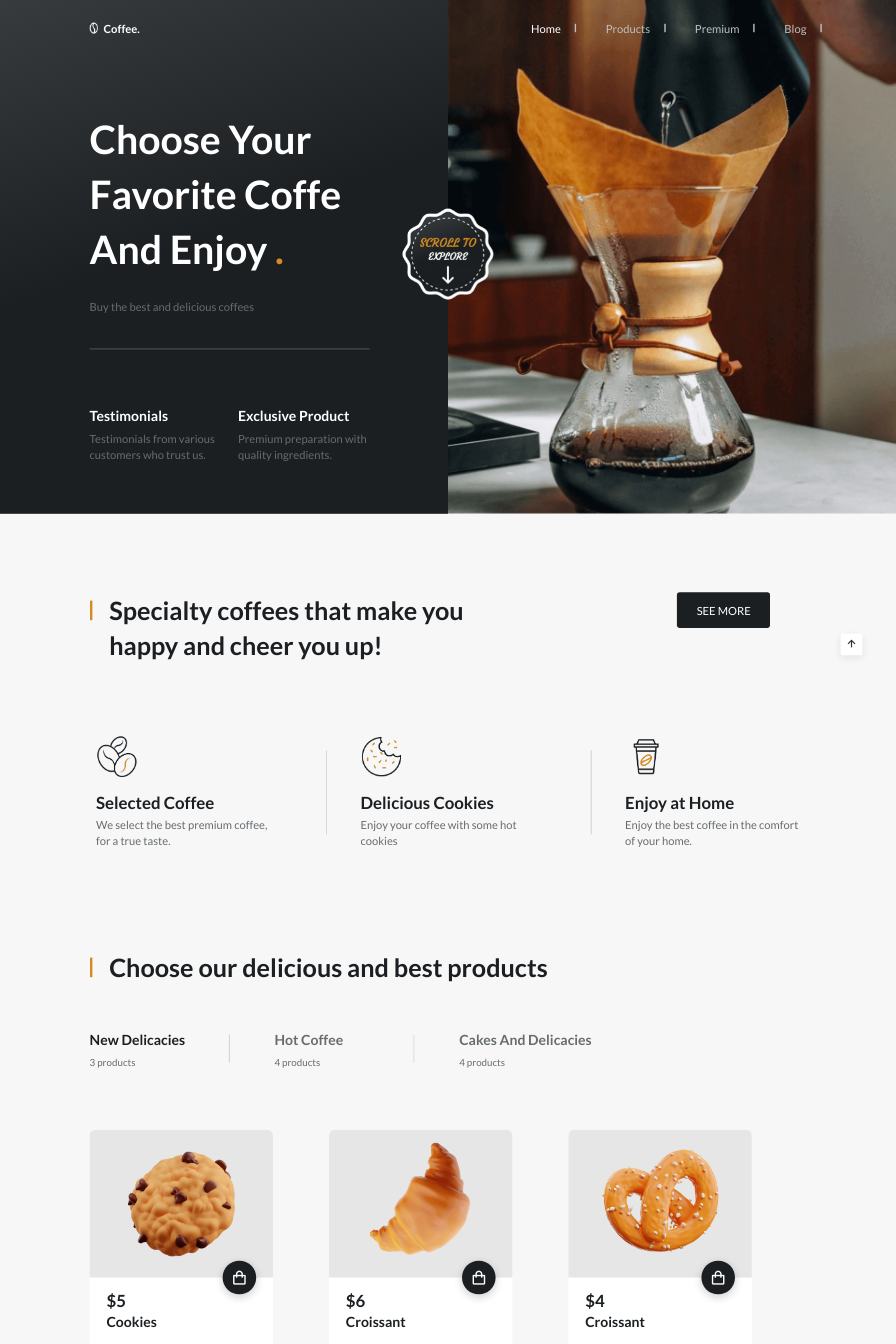
Repository: phong121020/coffee-responsive
Page: index.html
The author's editor kept a copy of each file at every save. The page is drawn from the files as they stood at one save, then again after the next save.
The browser window is 1280 px wide. The pictures show the part of the page from y = 0 to 1920 px (the page is 4295 px tall before and 5019 px after), at 70% of full size.

Above is the page before, as saved 2022-03-08 21:39:16.

### index.html
<!DOCTYPE html>
<html lang="en">
  <head>
    <meta charset="UTF-8" />
    <meta http-equiv="X-UA-Compatible" content="IE=edge" />
    <meta name="viewport" content="width=device-width, initial-scale=1.0" />
    <!-- link -->
    <link rel="stylesheet" href="./assets/css/style.css" />
    <!-- favicon -->
    <link
      rel="shortcut icon"
      href="./assets/img/favicon.png"
      type="image/x-icon"
    />
    <title>Document</title>
    <!-- boxicon -->
    <link
      href="https://unpkg.com/boxicons@2.1.1/css/boxicons.min.css"
      rel="stylesheet"
    />
  </head>
  <body>
    <!-- HEADER -->
    <header class="header" id="header">
      <nav class="nav container">
        <a href="#" class="nav__logo">
          <img src="./assets/img/logo.png" alt="" class="nav__logo-img" />
          Coffee.
        </a>
        <div class="nav__menu" id="nav-menu">
          <ul class="nav__list">
            <li class="nav__item">
              <a href="#home" class="nav__link active-link">Home</a>
            </li>
            <li class="nav__item">
              <a href="#products" class="nav__link">Products</a>
            </li>
            <li class="nav__item">
              <a href="#premium" class="nav__link">Premium</a>
            </li>
            <li class="nav__item">
              <a href="#blog" class="nav__link">Blog</a>
            </li>
          </ul>
          <div class="nav__close" id="nav-close">
            <i class="bx bx-x"></i>
          </div>
        </div>
        <!-- Toggle button -->
        <div class="nav__toggle" id="nav-toggle">
          <i class="bx bx-grid-alt"></i>
        </div>
      </nav>
    </header>
    <!-- MAIN -->
    <main>
      <!-- HOME -->
      <section class="home grid" id="home">
        <div class="home__container">
          <div class="home__content container">
            <h1 class="home__title">
              Choose Your Favorite Coffe And Enjoy <span>.</span>
            </h1>
            <p class="home__desc">Buy the best and delicious coffees</p>
            <div class="home__data">
              <div class="home__data-group">
                <h2 class="home__data-number">120K</h2>
                <h3 class="home__data-title">Testimonials</h3>
                <p class="home__data-desc">
                  Testimonials from various customers who trust us.
                </p>
              </div>
              <div class="home__data-group">
                <h2 class="home__data-number">340+</h2>
                <h3 class="home__data-title">Exclusive Product</h3>
                <p class="home__data-desc">
                  Premium preparation with quality ingredients.
                </p>
              </div>
            </div>
            <a href="#specialty">
              <img src="./assets/img/scroll.png" alt="" class="home__scroll" />
            </a>
          </div>
        </div>
        <img src="./assets/img/home.png" alt="" class="home__img" />
      </section>
      <!-- ESPECIALTY-->
      <div class="specialty section container">
        <div class="specialty__container">
          <div class="specialty__box">
            <h2 class="section__title">
              Specialty coffees that make you happy and cheer you up!
            </h2>
            <div>
              <a href="#" class="button specialty__button">See more</a>
            </div>
          </div>
          <div class="specialty__catergory">
            <div class="specialty__group special__line">
              <img
                src="./assets/img/specialty1.png"
                alt=""
                class="specialty__img"
              />
              <h3 class="specialty__title">Selected Coffee</h3>
              <p class="specialty__desc">
                We select the best premium coffee, for a true taste.
              </p>
            </div>
            <div class="specialty__group special__line">
              <img
                src="./assets/img/specialty2.png"
                alt=""
                class="specialty__img"
              />
              <h3 class="specialty__title">Delicious Cookies</h3>
              <p class="specialty__desc">
                Enjoy your coffee with some hot cookies
              </p>
            </div>
            <div class="specialty__group">
              <img
                src="./assets/img/specialty3.png"
                alt=""
                class="specialty__img"
              />
              <h3 class="specialty__title">Enjoy at Home</h3>
              <p class="specialty__desc">
                Enjoy the best coffee in the comfort of your home.
              </p>
            </div>
          </div>
        </div>
      </div>
      <!-- PRODUCTS -->
      <section class="products section" id="products">
        <div class="products__container container">
          <h2 class="section__title">Choose our delicious and best products</h2>
          <ul class="products__filters">
            <li
              class="products__item products__line active-product"
              data-filter=".delicacies"
            >
              <h3 class="products__title">New Delicacies</h3>
              <span class="products__stock">3 products</span>
            </li>
            <li class="products__item products__line" data-filter=".coffee">
              <h3 class="products__title">Hot Coffee</h3>
              <span class="products__stock">4 products</span>
            </li>
            <li class="products__item" data-filter=".cake">
              <h3 class="products__title">Cakes And Delicacies</h3>
              <span class="products__stock">4 products</span>
            </li>
          </ul>
          <div class="products__content grid">
            <!-- Delicacies -->
            <article class="product__card delicacies">
              <div class="product__shape">
                <img
                  src="./assets/img/delicacies1.png"
                  alt=""
                  class="products__img"
                />
              </div>
              <div class="products__data">
                <h2 class="products__price">$5</h2>
                <h3 class="products__name">Cookies</h3>
                <button class="button products__button">
                  <i class="bx bx-shopping-bag"></i>
                </button>
              </div>
            </article>

            <article class="product__card delicacies">
              <div class="product__shape">
                <img
                  src="./assets/img/delicacies2.png"
                  alt=""
                  class="products__img"
                />
              </div>
              <div class="products__data">
                <h2 class="products__price">$6</h2>
                <h3 class="products__name">Croissant</h3>
                <button class="button products__button">
                  <i class="bx bx-shopping-bag"></i>
                </button>
              </div>
            </article>

            <article class="product__card delicacies">
              <div class="product__shape">
                <img
                  src="./assets/img/delicacies3.png"
                  alt=""
                  class="products__img"
                />
              </div>
              <div class="products__data">
                <h2 class="products__price">$4</h2>
                <h3 class="products__name">Croissant</h3>
                <button class="button products__button">
                  <i class="bx bx-shopping-bag"></i>
                </button>
              </div>
            </article>
            <!-- Coffee -->
            <article class="product__card coffee">
              <div class="product__shape">
                <img
                  src="./assets/img/coffee1.png"
                  alt=""
                  class="products__img"
                />
              </div>
              <div class="products__data">
                <h2 class="products__price">$7</h2>
                <h3 class="products__name">Black Coffee</h3>
                <button class="button products__button">
                  <i class="bx bx-shopping-bag"></i>
                </button>
              </div>
            </article>

            <article class="product__card coffee">
              <div class="product__shape">
                <img
                  src="./assets/img/coffee2.png"
                  alt=""
                  class="products__img"
                />
              </div>
              <div class="products__data">
                <h2 class="products__price">$12</h2>
                <h3 class="products__name">Pure Coffee</h3>
                <button class="button products__button">
                  <i class="bx bx-shopping-bag"></i>
                </button>
              </div>
            </article>

            <article class="product__card coffee">
              <div class="product__shape">
                <img
                  src="./assets/img/coffee3.png"
                  alt=""
                  class="products__img"
                />
              </div>
              <div class="products__data">
                <h2 class="products__price">$9</h2>
                <h3 class="products__name">Milk Coffee</h3>
                <button class="button products__button">
                  <i class="bx bx-shopping-bag"></i>
                </button>
              </div>
            </article>

            <article class="product__card coffee">
              <div class="product__shape">
                <img
                  src="./assets/img/coffee4.png"
                  alt=""
                  class="products__img"
                />
              </div>
              <div class="products__data">
                <h2 class="products__price">$9</h2>
                <h3 class="products__name">Moka Coffee</h3>
                <button class="button products__button">
                  <i class="bx bx-shopping-bag"></i>
                </button>
              </div>
            </article>
            <!-- Cake -->
            <article class="product__card cake">
              <div class="product__shape">
                <img
                  src="./assets/img/cake1.png"
                  alt=""
                  class="products__img"
                />
              </div>
              <div class="products__data">
                <h2 class="products__price">$6</h2>
                <h3 class="products__name">Cream Cake</h3>
                <button class="button products__button">
                  <i class="bx bx-shopping-bag"></i>
                </button>
              </div>
            </article>

            <article class="product__card cake">
              <div class="product__shape">
                <img
                  src="./assets/img/cake2.png"
                  alt=""
                  class="products__img"
                />
              </div>
              <div class="products__data">
                <h2 class="products__price">$5</h2>
                <h3 class="products__name">Chocolate Croissant</h3>
                <button class="button products__button">
                  <i class="bx bx-shopping-bag"></i>
                </button>
              </div>
            </article>

            <article class="product__card cake">
              <div class="product__shape">
                <img
                  src="./assets/img/cake3.png"
                  alt=""
                  class="products__img"
                />
              </div>
              <div class="products__data">
                <h2 class="products__price">$15</h2>
                <h3 class="products__name">Pancake</h3>
                <button class="button products__button">
                  <i class="bx bx-shopping-bag"></i>
                </button>
              </div>
            </article>

            <article class="product__card cake">
              <div class="product__shape">
                <img
                  src="./assets/img/cake4.png"
                  alt=""
                  class="products__img"
                />
              </div>
              <div class="products__data">
                <h2 class="products__price">$12</h2>
                <h3 class="products__name">Milk Cake</h3>
                <button class="button products__button">
                  <i class="bx bx-shopping-bag"></i>
                </button>
              </div>
            </article>
          </div>
        </div>
      </section>
      <!-- QUALITY -->
      <section class="quality section" id="premium">
        <div class="quality__container container">
          <h2 class="section__title">Choose our delicious and best products</h2>
          <div class="quality__content grid">
            <div class="quality__images">
              <img
                src="./assets/img/quality1.png"
                alt=""
                class="quality__img-big"
              />
              <img
                src="./assets/img/quality2.png"
                alt=""
                class="quality__img-small"
              />
            </div>
            <div class="quality__data">
              <h1 class="quality__title">Premium Coffee</h1>
              <h2 class="quality__price">$94.99</h2>
              <span class="quality__special">Especial Price</span>
              <p class="quality__desc">
                We are delighted with our coffee. That's why you get the best
                premium coffee plus the kettle made of resistant materials that
                you see in the image, for a special price.
              </p>
              <div class="quality__buttons">
                <button class="button">Buy Now</button>
                <a href="" class="quality__button">
                  See more
                  <i class="bx bx-right-arrow-alt"></i>
                </a>
              </div>
            </div>
          </div>
        </div>
      </section>
      <!-- LOGOS -->
      <section class="logo section">
        <div class="logo__container contain grid">
          <img src="./assets/img/logocoffee1.png" alt="" class="logo__img" />
          <img src="./assets/img/logocoffee2.png" alt="" class="logo__img" />
          <img src="./assets/img/logocoffee3.png" alt="" class="logo__img" />
          <img src="./assets/img/logocoffee4.png" alt="" class="logo__img" />
          <img src="./assets/img/logocoffee5.png" alt="" class="logo__img" />
        </div>
      </section>
      <!-- BLOG -->
      <section class="blog section" id="blog">
        <div class="blog__container container">
          <h2 class="section__title">
            Our Blogs Coffee with trending topic for this week
          </h2>

          <div class="blog__content grid">
            <article class="blog__card">
              <div class="blog__image">
                <img src="./assets/img/blog1.png" alt="" class="blog__img" />
                <a href="#" class="blog__button">
                  <i class="bx bx-right-arrow-alt"></i>
                </a>
              </div>

              <div class="blog__data">
                <h2 class="blog__title">10 Coffee Recommendations</h2>
                <p class="blog__desc">
                  The blogs about coffee will help you a lot about how it is
                  prepared, its waiting time, for a good quality coffee.
                </p>

                <div class="blog__footer">
                  <div class="blog__reaction">
                    <i class="bx bx-message-alt-minus"></i>
                    <span>12</span>
                  </div>
                  <div class="blog__reaction">
                    <i class="bx bx-show"></i>
                    <span>76.5K</span>
                  </div>
                </div>
              </div>
            </article>
            <article class="blog__card">
              <div class="blog__image">
                <img src="./assets/img/blog2.png" alt="" class="blog__img" />
                <a href="#" class="blog__button">
                  <i class="bx bx-right-arrow-alt"></i>
                </a>
              </div>

              <div class="blog__data">
                <h2 class="blog__title">12 Benefits Of Drinking Coffee</h2>
                <p class="blog__desc">
                  The blogs about coffee will help you a lot about how it is
                  prepared, its waiting time, for a good quality coffee.
                </p>

                <div class="blog__footer">
                  <div class="blog__reaction">
                    <i class="bx bx-message-alt-minus"></i>
                    <span>62</span>
                  </div>
                  <div class="blog__reaction">
                    <i class="bx bx-show"></i>
                    <span>356,5K</span>
                  </div>
                </div>
              </div>
            </article>
          </div>
        </div>
      </section>
      <!-- FOOTER -->
      <div class="footer">
        <div class="footer__container container">
          <h1 class="footer__title">Coffee.</h1>
          <div class="footer__content grid">
            <div class="footer__data">
              <p class="footer__desc">Subscribe to our newsletter</p>

              <div class="footer__newsletter">
                <input
                  type="email"
                  placeholder="Your email address"
                  class="footer__input"
                />
                <button class="footer__button">
                  <i class="bx bx-right-arrow-alt"></i>
                </button>
              </div>
            </div>

            <div class="footer__data">
              <h2 class="footer__subtitle">Address</h2>
              <p class="footer__information">
                9876 Hacienda Av. <br />
                Lima, La Libertad 123, Perú
                <img
                  src="./assets/img/footerflag.png"
                  alt=""
                  class="footer__flag"
                />
              </p>
            </div>

            <div class="footer__data">
              <h2 class="footer__subtitle">Contact</h2>
              <p class="footer__information">
                +987654321 <br />
                coffee@email.com
              </p>
            </div>

            <div class="footer__data">
              <h2 class="footer__subtitle">Office</h2>
              <p class="footer__information">
                Monday - Saturday <br />
                9AM - 10P
              </p>
            </div>
          </div>
          <div class="footer__group">
            <ul class="footer__social">
              <a
                href="https://www.facebook.com/"
                target="_blank"
                class="footer__social-link"
              >
                <i class="bx bxl-facebook"></i>
              </a>
              <a
                href="https://www.instagram.com/"
                target="_blank"
                class="footer__social-link"
              >
                <i class="bx bxl-instagram"></i>
              </a>
              <a
                href="https://twitter.com/"
                target="_blank"
                class="footer__social-link"
              >
                <i class="bx bxl-twitter"></i>
              </a>
            </ul>

            <span class="footer__copy">
              &#169; Bedimcode. All rigths reserved
            </span>
          </div>
        </div>
      </div>
      <!-- SCROLL UP -->
      <a href="" class="scrollup" id="scroll-up">
        <i class="bx bx-up-arrow-alt"></i>
      </a>
    </main>
    <!-- JS -->
    <script src="./assets/js/mixitup.min.js"></script>
    <script src="./assets/js/app.js"></script>
  </body>
</html>

Loaded but not shown: assets/js/mixitup.min.js (library); assets/js/app.js (91 lines, source omitted); assets/css/style.css (930 lines, source omitted)

After the next save:
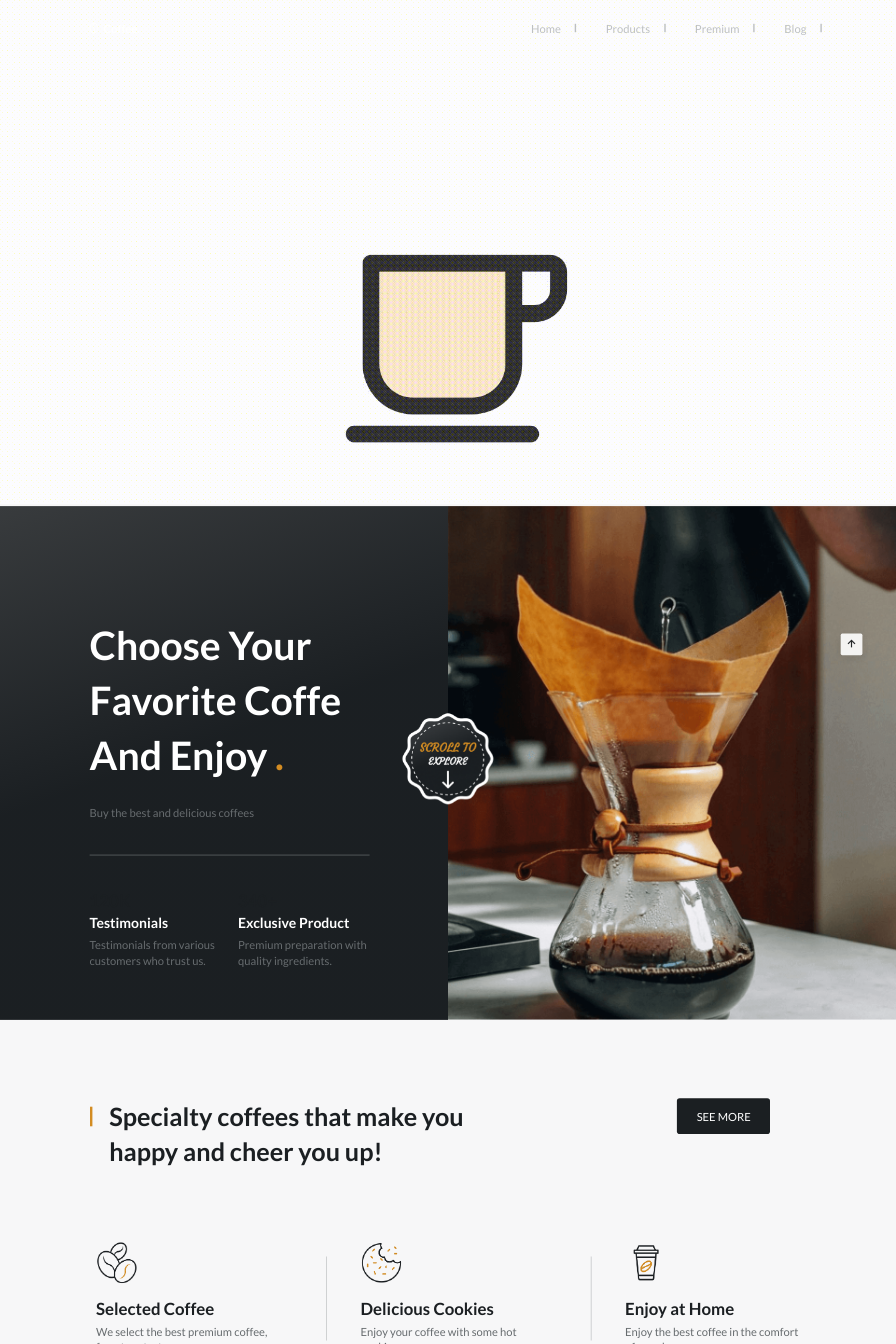
Saved 118 s later.
--- a/index.html
+++ b/index.html
@@ -20,6 +20,10 @@
     />
   </head>
   <body>
+    <!-- LOADER -->
+    <div class="load" id="load">
+      <img src="./assets/img/loadcoffee.gif" alt="" class="load__gif" />
+    </div>
     <!-- HEADER -->
     <header class="header" id="header">
       <nav class="nav container">
